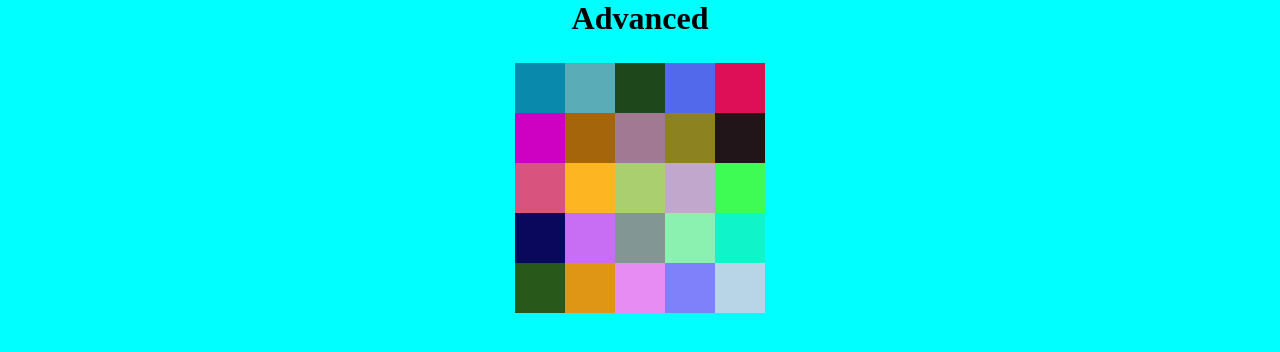
Repository: batonAnton/cursor_hw_10
Page: index.html
The author's editor kept a copy of each file at every save. The page is drawn from the files as they stood at one save, then again after the next save.
The browser window is 1280 px wide. The pictures show the whole page.

Above is the page before, as saved 2023-01-31 14:43:42.

### index.html
<!DOCTYPE html>
<html lang="en">
<head>
    <meta charset="UTF-8">
    <meta http-equiv="X-UA-Compatible" content="IE=edge">
    <meta name="viewport" content="width=device-width, initial-scale=1.0">
    <title>DOM</title>
    <link rel="stylesheet" href="./css/style.css">
</head>
<body>
        <div id="container">
            </div>



    <script src="/index.js"></script>
</body>
</html>

### css/style.css

* {
    margin: 0;
    padding: 0;
}

body {
    background-color: aqua;
    /* text-align: center; */

}

#container, .container  {
    width: 250px;
    height: 250px;
    margin: 2% auto;
    display: flex;
    flex-wrap: wrap;

}

.block {
    width: 50px;
    height: 50px;
 }

### index.js
const container = document.getElementById(".container");

function generateBlocks(){


        const container = document.getElementById('container');
        for (let i = 0; i < 25; i++) {
            const block = document.createElement('div');
            block.classList.add('block');
         setInterval(() => block.style.backgroundColor = '#' + Math.random().toString(16).slice(-6),1000) ;

         container.appendChild(block);


        }
}
generateBlocks();

const advancedText = document.createElement("h1");
advancedText.innerHTML = "Advanced";
document.body.prepend(advancedText);
advancedText.style.textAlign = "center";

After the next save:
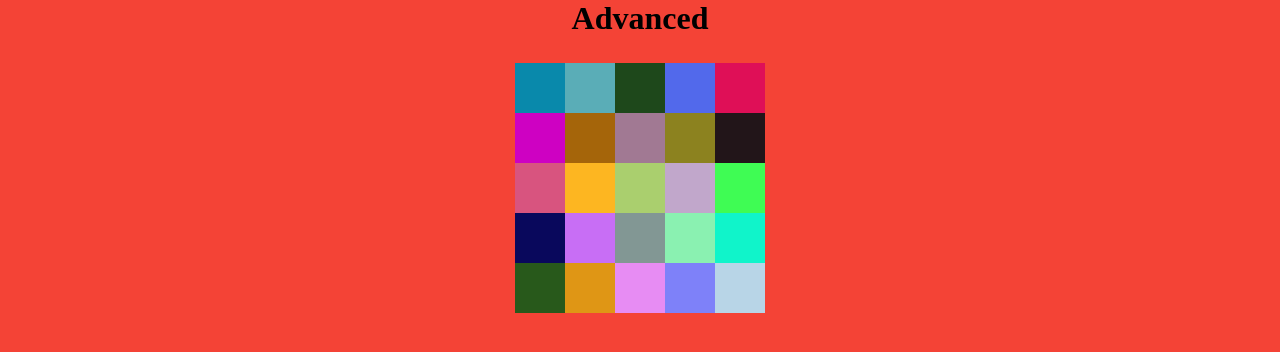
Saved 66 s later.
--- a/css/style.css
+++ b/css/style.css
@@ -5,7 +5,7 @@
 }
 
 body {
-    background-color: aqua;
+    background-color: #f44336;
     /* text-align: center; */
 
 }
